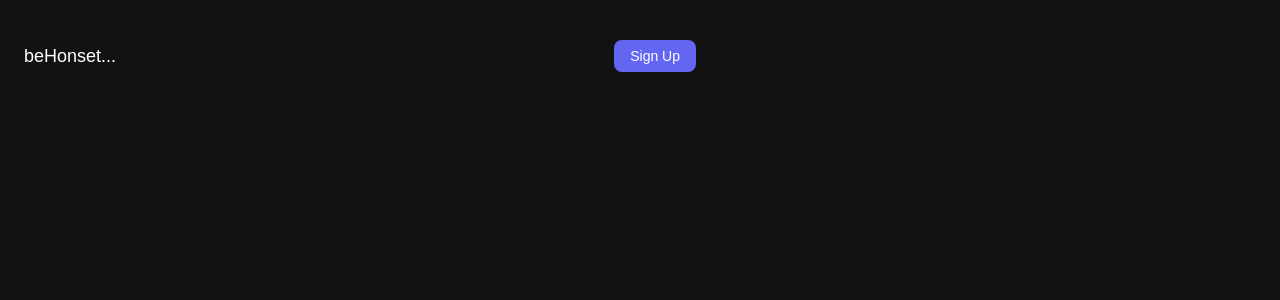
Repository: aidenfine/be-honset
Page: /
An editor plug-in stored every save of this project. The page is shown before and after the next save, followed by the edit.
The browser window is 1280 px wide. The pictures show the whole page.
The project was rebuilt for these pictures with package versions that can differ from the ones it lists, and the page was loaded fresh each time. The framework's server and built-in components were replaced by stand-ins that run in the browser. Also part of the build but not shown: next.config.js.

Above is the page before, as saved 2022-10-26 18:32:18.

After the next save:
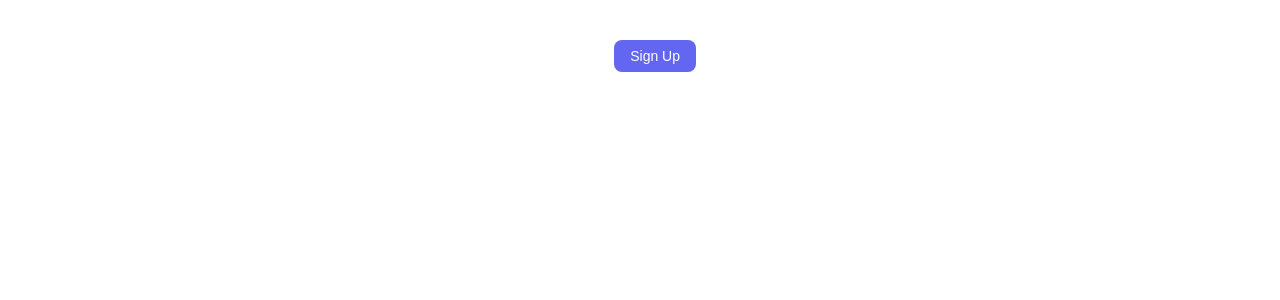
Saved 6 s later.
--- a/styles/globals.css
+++ b/styles/globals.css
@@ -5,5 +5,5 @@
 
 * {
   font-family: 'Montserrat', sans-serif;
-  background-color: #121212;
+
 }
